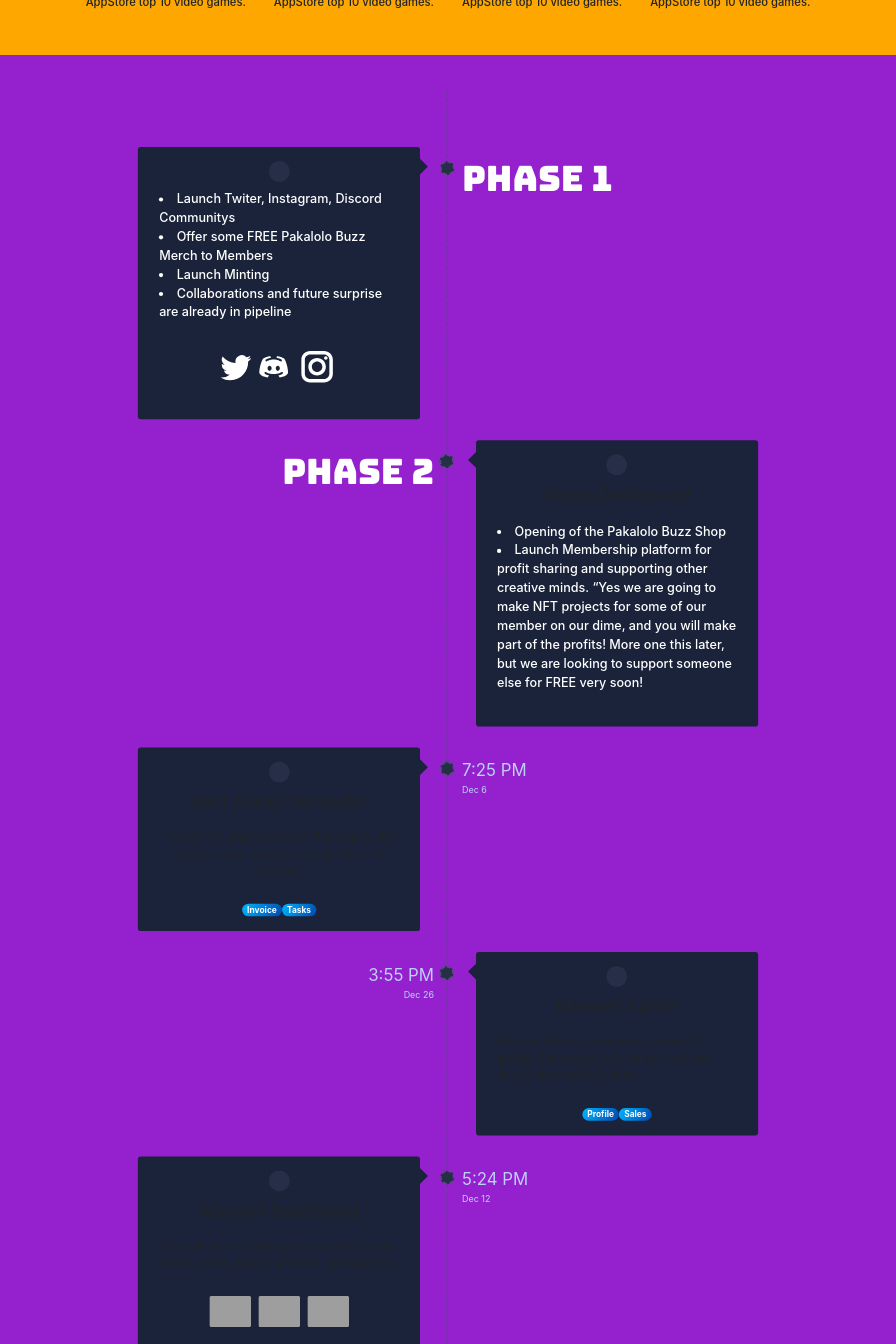
Repository: danishmahmoodawan/Pakalolo_buzz
Page: /
The author's editor kept a copy of each file at every save. The page is drawn from the files as they stood at one save, then again after the next save.
The browser window is 1280 px wide. The pictures show the part of the page from y = 2790 to 4710 px (the page is 6828 px tall before and 6772 px after), at 70% of full size.
Pictures or frames that could not be fetched are drawn as grey boxes. The project was rebuilt for these pictures with package versions that can differ from the ones it lists, and the page was loaded fresh each time. Also part of the build but not shown: craco.config.js.

Above is the page before, as saved 2022-04-29 02:29:46.

### public/index.html
<!DOCTYPE html>
<html lang="en">
  <head>
    <meta charset="utf-8" />
    <meta name="viewport" content="width=device-width, initial-scale=1" />
    <link rel="stylesheet" href="https://cdnjs.cloudflare.com/ajax/libs/twitter-bootstrap/4.6.0/css/bootstrap.min.css">
	<link rel="stylesheet" href="https://cdnjs.cloudflare.com/ajax/libs/font-awesome/5.15.4/css/all.min.css">
	<link rel="stylesheet" href="assets/css/style.css">
	<title>Pakalolo Buzz</title>
  </head>
  <body>
    <noscript>You need to enable JavaScript to run this app.</noscript>
    <div id="root"></div>
	<script src="https://cdnjs.cloudflare.com/ajax/libs/jquery/3.5.1/jquery.slim.min.js"></script>
	<script src="https://cdnjs.cloudflare.com/ajax/libs/popper.js/1.16.1/umd/popper.min.js"></script>
	<script src="https://cdnjs.cloudflare.com/ajax/libs/twitter-bootstrap/4.6.0/js/bootstrap.min.js"></script>
  </body>
</html>

### src/pages/Home.js

import { useState, useEffect } from 'react';
function Home() {

  return (
   <>
   <div className="cotainer bg-nav" style={{paddingLeft: "10%",paddingRight: "10%"}}>
            <nav className="navbar navbar-expand-lg navbar-light ">
                <a className="navbar-brand" href="#"><img className="logo_s" src="assets/images/logo.png"/></a>
                <button className="navbar-toggler" type="button" data-toggle="collapse" data-target="#navbarText" aria-controls="navbarText" aria-expanded="false" aria-label="Toggle navigation">
                    <span className="navbar-toggler-icon"></span>
                </button>

                <div className="collapse navbar-collapse" id="navbarText">
                    <ul className="navbar-nav ml-auto">
                        <li className="nav-item active">
                            <a className="nav-link" href="#pakaloloimg">Pakalolo</a>
                        </li>
                        <li className="nav-item">
                            <a className="nav-link" href="#about_pakalolo">About</a>
                        </li>
                        <li className="nav-item">
                            <a className="nav-link" href="#pakalolo_faq">FAQs</a>
                        </li>

                    </ul>
                    <span className="navbar-text" >
                            <a href="https://twitter.com" target={{target:"_blank"}}>
                            <img className="seicon" src="assets/images/twitter.svg"/>
                            </a>
                            <a href="https://twitter.com" target={{target:"_blank"}}>
                            <img className="seicon" src="assets/images/discord.svg"/>
                            </a>
                            <a href="https://opensea.io/collection" target={{target:"_blank"}}>
                            <img className="seicon" src="assets/images/opensea.svg"/>
                            </a>
                    </span>
                </div>
            </nav>
        </div>
        <section id="pakaloloimg" class="background_sec">
	<div class="container">
		<div class="row mt-5 mb-5">
			<div class="col-12 text-center">
				</div>
				</div>
				</div>
                </section>

	<section id="about_pakalolo" class="first_section">
	<div class="container">
		<div class="row custom_row p-5">
        <div class="col-sm-6 text-center">
        <img className="img_set" src="assets/images/images1.gif"/>
        </div>
        <div class="col-sm-6">
        <h1 className="heading_h1">Pakalolo Buzz are what?</h1>
        <p className="para_p">Pakalolo Buzz is a community driven <br/>
collection of 10k randomly generated
NFTs on the Ethereum blockchain
Each Pakalolo is totally unique and
comes with different traits and
varying in rarity. An will be as your
ticket into the first Web3 Membership
platform for profit sharing and
supporting other creative minds.</p>
        </div>

                </div>
                <div class="row custom_rows p-5 mb-5">
        <div class="col-sm-6 ">
        <h1 className="heading_h1">HOW DOES THIS WORK?</h1>
        <p className="para_p">Pakalolo Buzz holders can participate
in exclusive events, such as: NFT
claims, raffles, giveaways and much,
much more. <br/><br/>
Don't forget, all Pakalolo are special --
but some are exceptionally special.<br/>
... and the best is yet to come, check
out our roadmap below.</p>
        </div>
        <div class="col-sm-6 text-center">

<img className="img_set" src="assets/images/images1.gif"/>

        </div>

				</div>
				</div>
				</section>


                <section id="about_team" class="team_section">
	<div class="container-fluid">
		<div class="row team_row text-center">
        <div class="col-12">
        <h1 class="heading_h1 pb-5">TEAM</h1></div>
        </div>
        <div class="row">
        <div class="col-sm-12 col-md-6 col-lg-3 text-center">
      <div class="member_card">
        <div class="member_image"><img className="img_sm" src="assets/images/team_mikael.png"/>
        <div class="team-socials">
<a href="https://twitter.com" target={{target:"_blank"}}>
                            <img className="seicon" src="assets/images/twitter.svg"/>
                            </a>
                            </div> </div>
        <div class="content_member">
        <h3 class="member_name">kickRRR / Mikael Tyrsen</h3>
        <h3 class="member_disg">Creative Director</h3>
        <span class="member_bio">Mikael Tyrsen is an award winning Los Angeles based Director inspired to bring big ideas to life through creative filmmaking. Former co-founder of Umbrella Games. Creator of Monster Merge & other AppStore top 10 video games.</span>
        </div>

        </div>
       </div>

         <div class="col-sm-12 col-md-6 col-lg-3 text-center">
      <div class="member_card">
        <div class="member_image"><img className="img_sm" src="assets/images/team_mikael.png"/>
        <div class="team-socials">
<a href="https://twitter.com" target={{target:"_blank"}}>
                            <img className="seicon" src="assets/images/twitter.svg"/>
                            </a>
                            </div> </div>
        <div class="content_member">
        <h3 class="member_name">kickRRR / Mikael Tyrsen</h3>
        <h3 class="member_disg">Creative Director</h3>
        <span class="member_bio">Mikael Tyrsen is an award winning Los Angeles based Director inspired to bring big ideas to life through creative filmmaking. Former co-founder of Umbrella Games. Creator of Monster Merge & other AppStore top 10 video games.</span>
        </div>

        </div>
       </div>


         <div class="col-sm-12 col-md-6 col-lg-3 text-center">
      <div class="member_card">
        <div class="member_image"><img className="img_sm" src="assets/images/team_mikael.png"/>
        <div class="team-socials">
<a href="https://twitter.com" target={{target:"_blank"}}>
                            <img className="seicon" src="assets/images/twitter.svg"/>
                            </a>
                            </div> </div>
        <div class="content_member">
        <h3 class="member_name">kickRRR / Mikael Tyrsen</h3>
        <h3 class="member_disg">Creative Director</h3>
        <span class="member_bio">Mikael Tyrsen is an award winning Los Angeles based Director inspired to bring big ideas to life through creative filmmaking. Former co-founder of Umbrella Games. Creator of Monster Merge & other AppStore top 10 video games.</span>
        </div>

        </div>
       </div>


         <div class="col-sm-12 col-md-6 col-lg-3 text-center">
      <div class="member_card">
        <div class="member_image"><img className="img_sm" src="assets/images/team_mikael.png"/>
        <div class="team-socials">
<a href="https://twitter.com" target={{target:"_blank"}}>
                            <img className="seicon" src="assets/images/twitter.svg"/>
                            </a>
                            </div> </div>
        <div class="content_member">
        <h3 class="member_name">kickRRR / Mikael Tyrsen</h3>
        <h3 class="member_disg">Creative Director</h3>
        <span class="member_bio">Mikael Tyrsen is an award winning Los Angeles based Director inspired to bring big ideas to life through creative filmmaking. Former co-founder of Umbrella Games. Creator of Monster Merge & other AppStore top 10 video games.</span>
        </div>

        </div>
       </div>

                </div>

				</div>
				</section>

  <section id="roadmap" class="roadmap">
  <div class="container-fluid">
<div class="timeline">
		<div class="timeline-row">
			<div class="timeline-time">
				<h3 class="heading_h1 ">Phase 1</h3>
			</div>
			<div class="timeline-content">
				<i class="icon-attachment"></i>
				<p class="timeline_phase text-left">
                <li>Launch Twiter, Instagram, Discord Communitys</li>
                <li>Offer some FREE Pakalolo Buzz Merch to Members</li>
                <li>Launch Minting</li>
                <li>Collaborations and future surprise are already in pipeline</li>

                </p>
				<div class="thumbs">
                <img className="seicn cbw img-fluid" src="assets/images/twitter.svg"/>
                <img className="seicn cbw" src="assets/images/discord.svg"/>
                <img className="seicn " src="assets/images/icon/icons8-instagram.svg"/>
				</div>
			</div>
		</div>

		<div class="timeline-row">
			<div class="timeline-time">
            <h3 class="heading_h1 ">Phase 2</h3>
			</div>
			<div class="timeline-content">
				<i class="icon-code"></i>
				<h4>Admin Dashboard!</h4>
				<p class="timeline_phase text-left">
                <li>Opening of the Pakalolo Buzz Shop</li>
                <li>Launch Membership platform for profit sharing and supporting
other creative minds. “Yes we are going to make NFT projects
for some of our member on our dime, and you will make part
of the profits! More one this later, but we are looking to
support someone else for FREE very soon!</li>

                </p>

					</div>
		</div>

		<div class="timeline-row">
			<div class="timeline-time">
				7:25 PM<small>Dec 6</small>
			</div>
			<div class="timeline-content">
				<i class="icon-turned_in_not"></i>
				<h4>Best Admin Template!</h4>
				<p>Custom C3 graphs, Custom flot graphs, flot graphs, small graphs, Sass, profile and timeline.</p>
				<div>
					<span class="badge badge-pill">Invoice</span>
					<span class="badge badge-pill">Tasks</span>
				</div>
			</div>
		</div>

		<div class="timeline-row">
			<div class="timeline-time">
				3:55 PM<small>Dec 26</small>
			</div>
			<div class="timeline-content">
				<i class="icon-directions"></i>
				<h4>Maxwell Admin</h4>
				<p>Maxwell Admin Dashboard contains C3 graphs, flot graphs, data tables, calendar, drag &amp; drop and ion slider.</p>
				<div>
					<span class="badge badge-pill">Profile</span>
					<span class="badge badge-pill">Sales</span>
				</div>
			</div>
		</div>

		<div class="timeline-row">
			<div class="timeline-time">
				5:24 PM<small>Dec 12</small>
			</div>
			<div class="timeline-content">
				<i class="icon-change_history"></i>
				<h4>Maxwell Dashboard</h4>
				<p class="no-margin">Maxwell Admin dashboard includes invoice, profile, tasks, gallery, projects, maintanence.</p>
				<div class="thumbs">
					<img class="img-fluid rounded" src="https://bootdey.com/img/Content/avatar/avatar7.png" alt="Maxwell Admin" />
					<img class="img-fluid rounded" src="https://bootdey.com/img/Content/avatar/avatar6.png" alt="Maxwell Admin" />
					<img class="img-fluid rounded" src="https://bootdey.com/img/Content/avatar/avatar5.png" alt="Maxwell Admin" />
				</div>
				<div>
					<span class="badge badge-pill">Analytics</span>
					<span class="badge badge-pill">Contacts</span>
				</div>
			</div>
		</div>

		<div class="timeline-row">
			<div class="timeline-time">
				8:00 AM<small>Dec 18</small>
			</div>
			<div class="timeline-content">
				<i class="icon-code"></i>
				<h4>Admin Dashboard!</h4>
				<p>
					Maxwell Admin Dashboard contains C3 graphs, flot graphs, data tables, calendar.
				</p>
				<div class="thumbs">
					<img class="img-fluid rounded" src="https://bootdey.com/img/Content/avatar/avatar7.png" alt="Maxwell Admin" />
					<img class="img-fluid rounded" src="https://bootdey.com/img/Content/avatar/avatar4.png" alt="Maxwell Admin" />
					<img class="img-fluid rounded" src="https://bootdey.com/img/Content/avatar/avatar3.png" alt="Maxwell Admin" />
				</div>
				<div class="">
					<span class="badge badge-pill">Ecommerce</span>
					<span class="badge badge-pill">CRM</span>
				</div>
			</div>
		</div>

		<div class="timeline-row">
			<div class="timeline-time">
				7:45PM<small>Dec 21</small>
			</div>
			<div class="timeline-content">
				<i class="icon-attachment"></i>
				<h4>Admin Template!</h4>
				<p>Maxwell Admin Dashboard contains C3 graphs, flot graphs, data tables, calendar, drag &amp; drop and ion slider.</p>
				<div class="thumbs">
					<img class="img-fluid rounded" src="https://bootdey.com/img/Content/avatar/avatar2.png" alt="Maxwell Admin" />
					<img class="img-fluid rounded" src="https://bootdey.com/img/Content/avatar/avatar3.png" alt="Maxwell Admin" />
				</div>
				<div class="">
					<span class="badge badge-pill">Orders</span>
					<span class="badge badge-pill">Sales</span>
				</div>
			</div>
		</div>

		<div class="timeline-row">
			<div class="timeline-content">
				<p class="m-0">Loading...</p>
			</div>
		</div>

	</div>
</div>

        </section>


                <section  id="pakalolo_faq" class="faq_section">
	<div class="container">
		<div class="row faq_row p-5">
        <div class="col-sm-12">
        <h1 class="heading_h1 pb-3">Frequently Asked Questions  </h1>
        <div id="accordion">
               <div class="card">
                  <div class="card-header" id="headingOne">
                     <h5 class="mb-0">
                     <i class="fas fa-circle circle_color"></i>           <button class="btn btn-link" data-toggle="collapse" data-target="#collapseOne" aria-expanded="true" aria-controls="collapseOne">
                     What are NFTs?                        </button>
                     </h5>
                  </div>
                  <div id="collapseOne" class="collapse show" aria-labelledby="headingOne" data-parent="#accordion">
                     <div class="card-body">
<p>A non-fungible token (NFT) is a non-interchangeable unit of
data stored on a blockchain, a form of digital ledger, that can
be sold and traded.
NFTs may be associated with digital files such as photos,
videos, and audio. Because each token is uniquely identifiable,
NFTs differ from blockchain cryptocurrencies, such as
Bitcoin.</p>
                     </div>
                  </div>
               </div>
               <div class="card">
                  <div class="card-header" id="headingTwo">
                     <h5 class="mb-0">
                     <i class="fas fa-circle circle_color"></i>
                        <button class="btn btn-link collapsed" data-toggle="collapse" data-target="#collapseTwo" aria-expanded="false" aria-controls="collapseTwo">
                        What is Ethereum?
                         </button>
                     </h5>
                  </div>
                  <div id="collapseTwo" class="collapse" aria-labelledby="headingTwo" data-parent="#accordion">
                     <div class="card-body">
                     Ethereum is the community-run technology powering the
cryptocurrency ether (ETH) and thousands of decentralized
applications. Learn more on ethereum.org
                                          </div>
                  </div>
               </div>
               <div class="card">
                  <div class="card-header" id="headingThree">
                     <h5 class="mb-0">
                     <i class="fas fa-circle circle_color"></i> <button class="btn btn-link collapsed" data-toggle="collapse" data-target="#collapseThree" aria-expanded="false" aria-controls="collapseThree">
                     What Wallets are Supported?
                        	  </button>
                     </h5>
                  </div>
                  <div id="collapseThree" class="collapse" aria-labelledby="headingThree" data-parent="#accordion">
                     <div class="card-body">
                     We recommend using MetaMask, which can be downloaded
from the MetaMask website. We support both the browser
plugin and the mobile apps.
We also integrate with WalletConnect, which supports a
number of wallets. The full list can be found on
the WalletConnect website.                    </div>
                  </div>
               </div>
               <div class="card">
                  <div class="card-header" id="headingThre">
                     <h5 class="mb-0">
                     <i class="fas fa-circle circle_color"></i>
                        <button class="btn btn-link collapsed" data-toggle="collapse" data-target="#collapseThre" aria-expanded="false" aria-controls="collapseThree">
                        Where does my NFT go after I purchase a Pakalolo Buzz?
                        </button>
                     </h5>
                  </div>
                  <div id="collapseThre" class="collapse" aria-labelledby="headingThre" data-parent="#accordion">
                     <div class="card-body">
                     Your wallet will own the NFT. You will be able to see the
contents of your wallet on your OpenSea profile, and some
wallets display your NFTs as well.
</div>                  </div>
               </div>
               <div class="card">
                  <div class="card-header" id="headingThreew">
                     <h5 class="mb-0">
                     <i class="fas fa-circle circle_color"></i>  <button class="btn btn-link collapsed" data-toggle="collapse" data-target="#collapseThreew" aria-expanded="false" aria-controls="collapseThree">
                      Sounds awesome - How do I get involved?
                       	</button>
                     </h5>
                  </div>
                  <div id="collapseThreew" class="collapse" aria-labelledby="headingThreew" data-parent="#accordion">
                     <div class="card-body">
                     A great place to start is our Discord, home to a very large and
very active community of Pakalolo enthusiasts. You don't need
to be a Pakalolo holder to join us there! All are welcome to
jump into the conversation, let us know your ideas, and hang
out with many others who like the Buzz!
</div>
                  </div>
               </div>
               <div class="card">
                  <div class="card-header" id="headingThre">
                     <h5 class="mb-0">
                     <i class="fas fa-circle circle_color"></i>
                        <button class="btn btn-link collapsed" data-toggle="collapse" data-target="#collapseThret" aria-expanded="false" aria-controls="collapseThree">
                        Are Pakalolo a good investment?
                        </button>
                     </h5>
                  </div>
                  <div id="collapseThret" class="collapse" aria-labelledby="headingThre" data-parent="#accordion">
                     <div class="card-body">
                     The success of the project depends on many factors. We do
not have a crystal ball so it is impossible to know how it will
go. We strongly believe in our project and think it has a bright
future ahead, but ultimately you will have to decide for
yourself. <br />
Only spend money if you can afford it!
</div>                  </div>
               </div>
               <div class="card">
                  <div class="card-header" id="headingThre">
                     <h5 class="mb-0">
                     <i class="fas fa-circle circle_color"></i>
                        <button class="btn btn-link collapsed" data-toggle="collapse" data-target="#collapseThres" aria-expanded="false" aria-controls="collapseThree">
                        Where did PakaloloBuzz come from?
                        </button>
                     </h5>
                  </div>
                  <div id="collapseThres" class="collapse" aria-labelledby="headingThre" data-parent="#accordion">
                     <div class="card-body">
                     Our team comes from a group of business Men and Women,
that have a number business under their belt. We are looking
to bring a different way for people to make money in the NFT
Web3 marketplace. We are partnering on this project with —-
who is a great artist.
</div>                  </div>
               </div>


        </div>
        </div>

                </div>
                </div>
				</section>
                                <section  id="footer" class="footer_section">
	<div class="container">
		<div class="row faq_row pt-5 pb-3">
        <div class="col-sm-12 text-center">
        <h1 className="heading_h1">PAKALOLO BUZZ </h1>

        <div className="main-block pb-3">
                   <a href="https://twitter.com" target={{target:"_blank"}}>
                   <img className="seicn cbw" src="assets/images/twitter.svg"/>
                   </a>

                   <a href="https://discord.com" target={{target:"_blank"}}>
                   <img className="seicn cbw" src="assets/images/discord.svg"/>
                            </a>
                   <a href="https://opensea.io/collection" target={{target:"_blank"}}>
                   <img className="seicn cbw" src="assets/images/opensea.svg"/>

                    </a>
                   </div>
                   <p className="para"> © COPYRIGHT 2022 PAKALOLO BUZZ | ALL RIGHTS RESERVED ® </p>
        </div>
        </div>
        </div>
        </section>
	</>
  );
}

export default Home;

Loaded but not shown: src/index.js (common file); src/index.css (common file); src/App.js (common file); src/reportWebVitals.js (common file); public/assets/css/style.css (462 lines, source omitted)

After the next save:
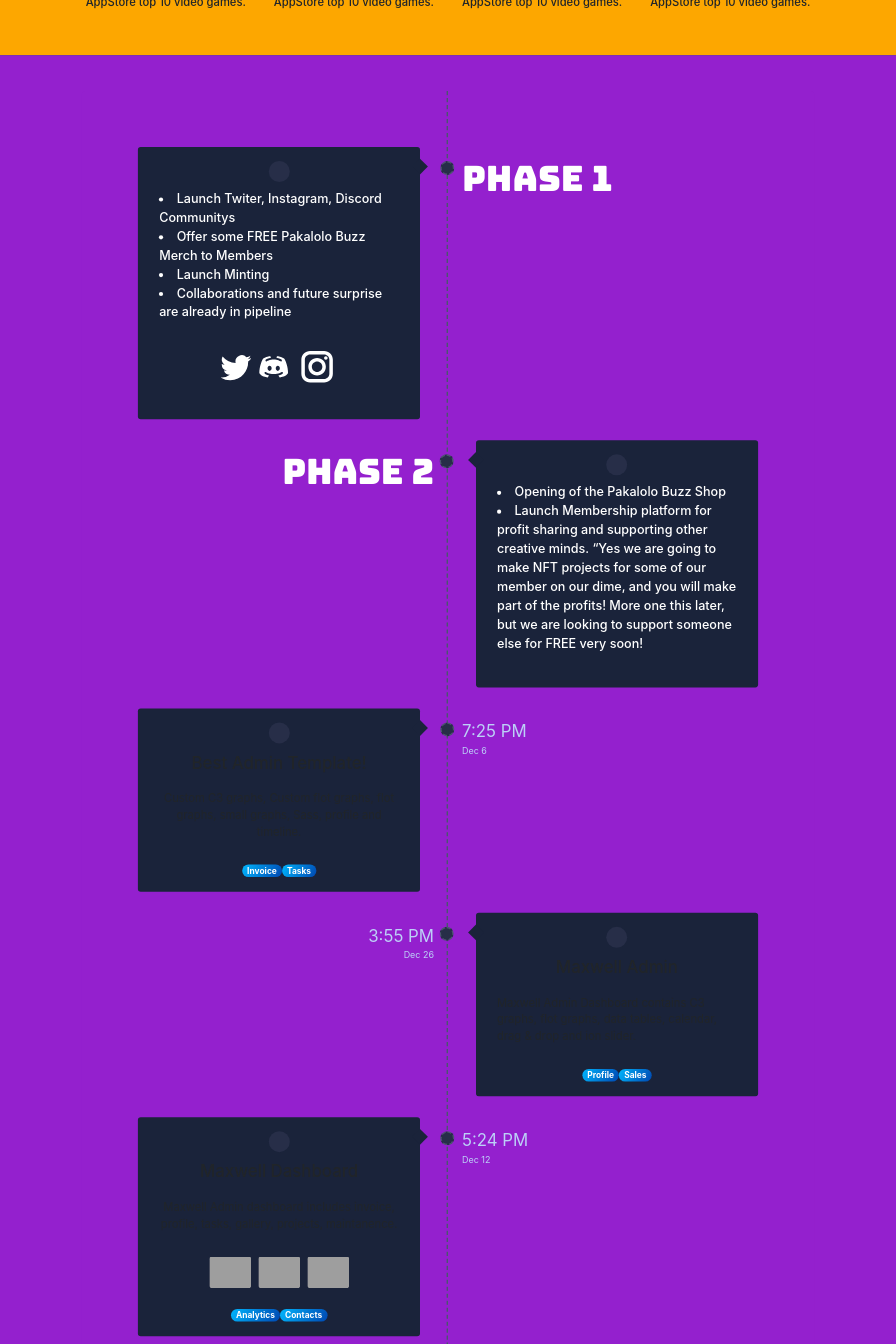
Saved 20 s later.
--- a/src/pages/Home.js
+++ b/src/pages/Home.js
@@ -202,7 +202,6 @@
 			</div>
 			<div class="timeline-content">
 				<i class="icon-code"></i>
-				<h4>Admin Dashboard!</h4>
 				<p class="timeline_phase text-left">
                 <li>Opening of the Pakalolo Buzz Shop</li>
                 <li>Launch Membership platform for profit sharing and supporting
